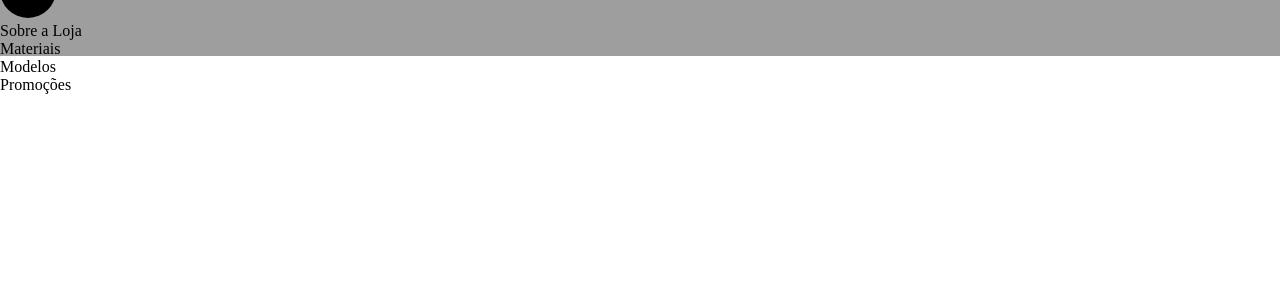
Repository: analessp/dicriastreet
Page: index.html
The author's editor kept a copy of each file at every save. The page is drawn from the files as they stood at one save, then again after the next save.
The browser window is 1280 px wide. The pictures show the whole page.

Above is the page before, as saved 2025-04-17 10:41:56.

After the next save:
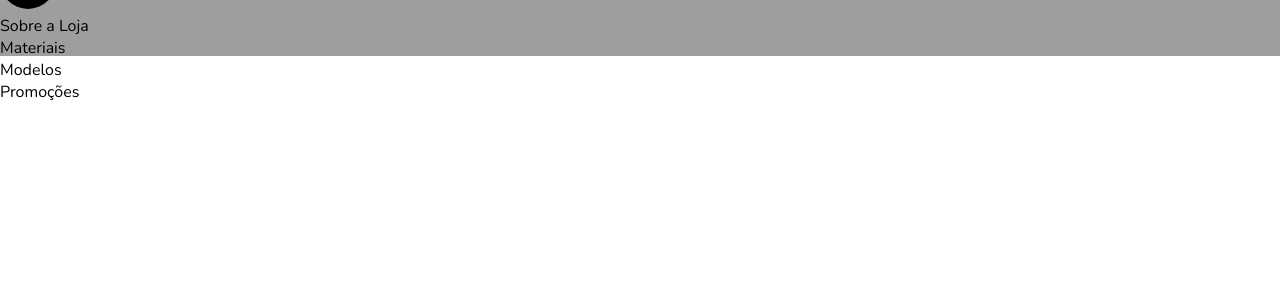
Saved 22 s later.
--- a/style.css
+++ b/style.css
@@ -8,7 +8,7 @@
 * {
     margin: 0;
     padding: 0;
-    font-family: ""Nunito", sans-serif";
+    font-family: "Nunito", sans-serif;
 }
 
 body {
